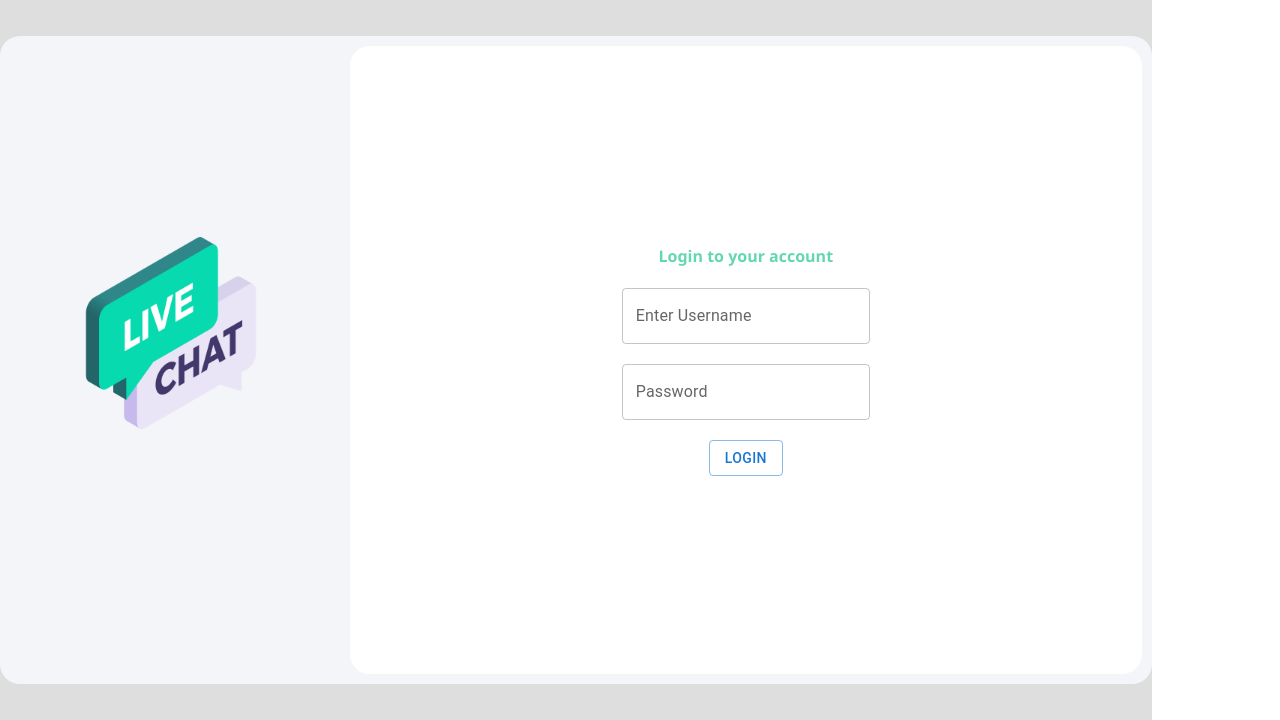
Repository: rahul-chakradhari/chat_app
Page: /
An editor plug-in stored every save of this project. The page is shown before and after the next save, followed by the edit.
The browser window is 1280 px wide. The pictures show the whole page.
The project was rebuilt for these pictures with package versions that can differ from the ones it lists, and the page was loaded fresh each time. Also part of the build but not shown: vite.config.js, src/components/Conversationitem.jsx, src/components/Sidebar.jsx, src/components/Messagebyme.jsx, src/components/Messagebyothers.jsx, src/components/Chatarea.jsx, src/components/Welcome.jsx, src/components/Creategroups.jsx and 1 more.

Above is the page before, as saved 2025-02-28 21:05:03.

After the next save:
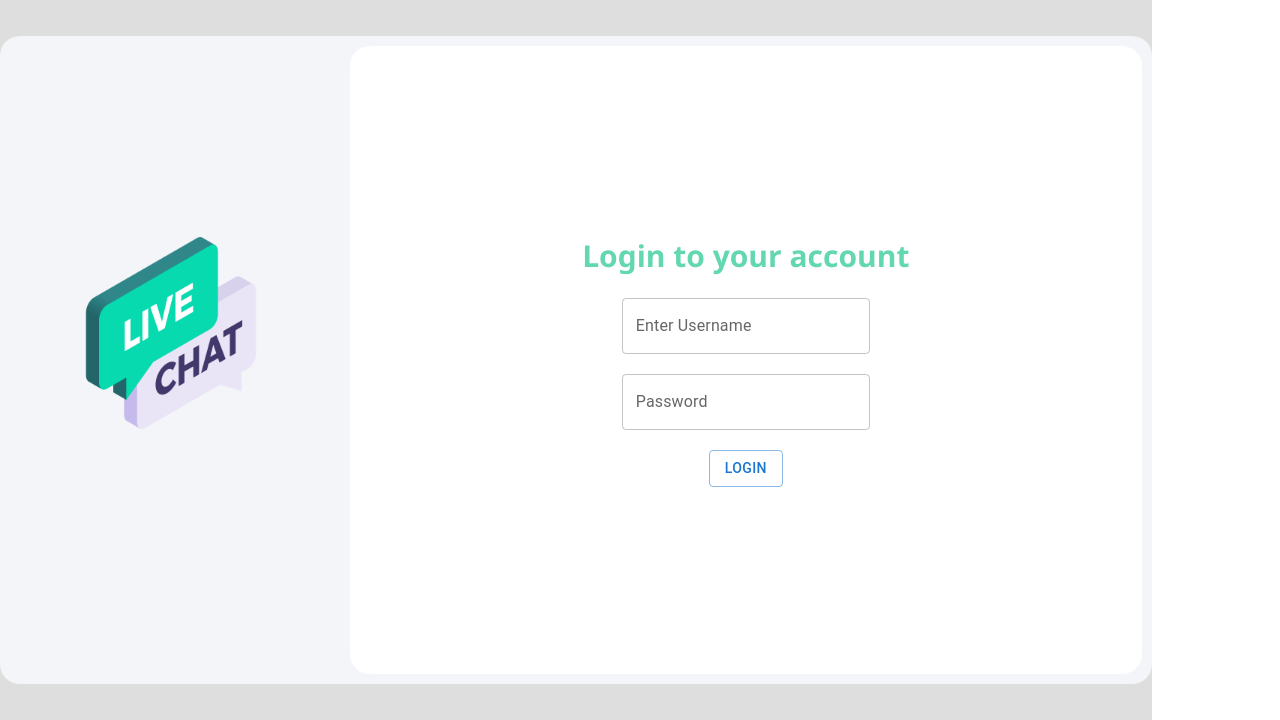
Saved 22 s later.
--- a/src/components/Mystyles.css
+++ b/src/components/Mystyles.css
@@ -293,5 +293,5 @@
   margin-left: 75px;
 }
 .logintitle {
-  size: 30px;
-}
+  font-size: 30px;
+}
